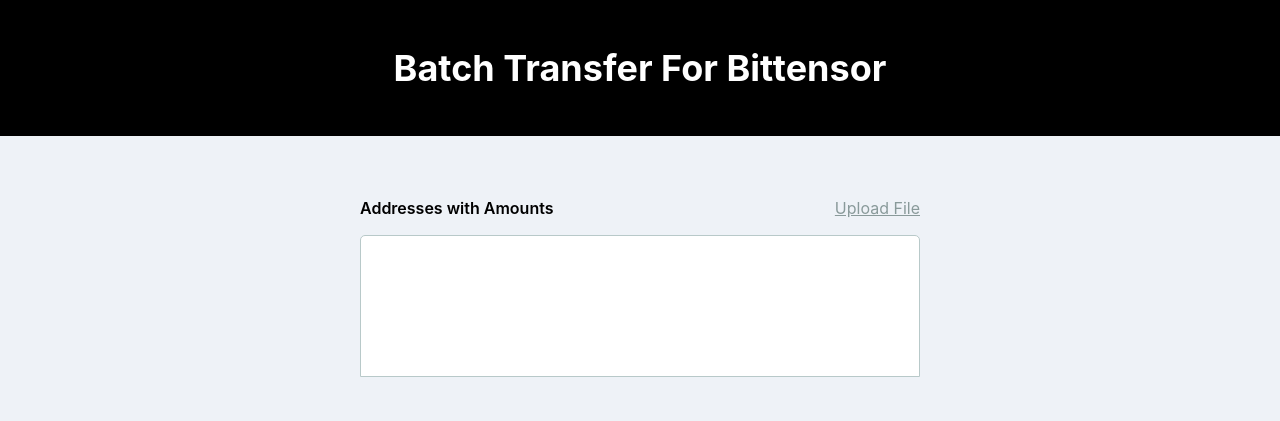
Repository: Dawid-Ace/batch_transfer_tao_master_ui
Page: /
These files come from the project's save history. The page is drawn as it stood at one moment and after the next save; the edit follows.
The browser window is 1280 px wide. The pictures show the whole page.
The project was rebuilt for these pictures with package versions that can differ from the ones it lists, and the page was loaded fresh each time.

Above is the page before, as saved 2023-05-10 03:48:59.

After the next save:
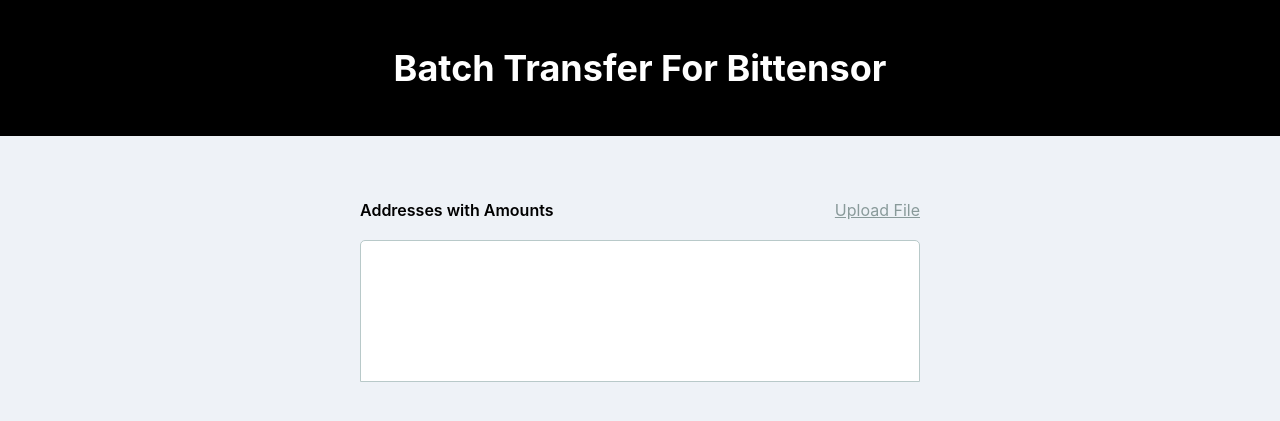
Saved 75 s later.
--- a/src/components/TransferForm/index.jsx
+++ b/src/components/TransferForm/index.jsx
@@ -92,14 +92,14 @@
     color: black;
     font-weight: 600;
     font-size: 16px;
-    line-height: 130%;
+    line-height: 160%;
   `;
 
   const UploadSwitch = styled.p`
     color: #899A9A;
     font-size: 16px;
     font-weight: 400;
-    line-height: 130%;
+    line-height: 160%;
     text-decoration: underline;
   `
 
@@ -119,6 +119,13 @@
     min-height: 100px;
   `
 
+  const Comment = styled.div`
+    color: #899A9A;
+    font-weight: 400;
+    font-size: 16px;
+
+  `
+
   return (
     <FormWrapper>
       <FlexWrapper>
